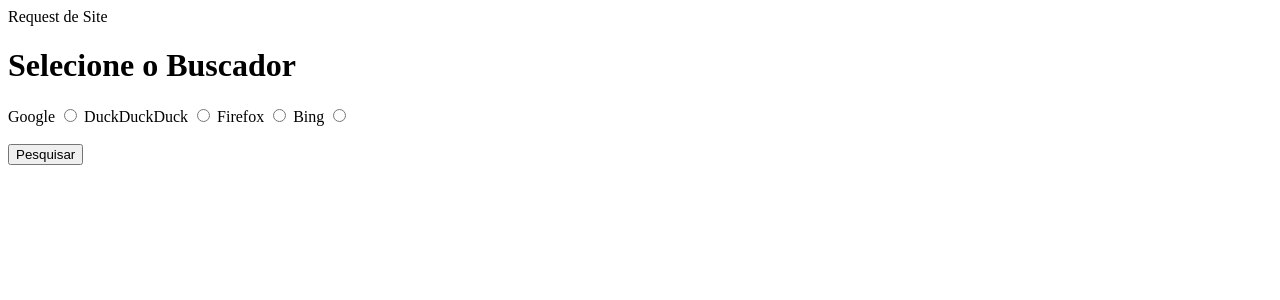
Repository: Erika-Santana/dsw_repository
Page: http://localhost/requestApp/
The author's editor kept a copy of each file at every save. The page is drawn from the files as they stood at one save, then again after the next save.
The browser window is 1280 px wide. The pictures show the whole page.
The page is served by Tomcat 9.

Above is the page before, as saved 2024-10-17 12:02:31.

### requestApp/src/main/webapp/index.jsp
<%@ page language="java" contentType="text/html; charset=UTF-8"
    pageEncoding="UTF-8"%>
<!DOCTYPE html>
<html>
<head>
<meta charset="UTF-8">Request de Site</title>
</head>
<body>
	<div class="search-container">
		<h1>Selecione o Buscador</h1>
		<form action="search.jsp" method="post">
			<div class="opcoes-container">
			<label>Google</label>
			<input type="radio" id="google-radio" name="google-radio">
			<label>DuckDuckDuck</label>
			<input type="radio" id="duck-radio" name="duck-radio">
			<label>Firefox</label>
			<input type="radio" id="firefox-radio" name="firefox-radio">
			<label>Bing</label>
			<input type="radio" id="bing-radio" name="bing-radio">
			</div>
			<br>
			<input type="submit" value="Pesquisar">
		</form>
	</div>
</body>
</html>

After the next save:
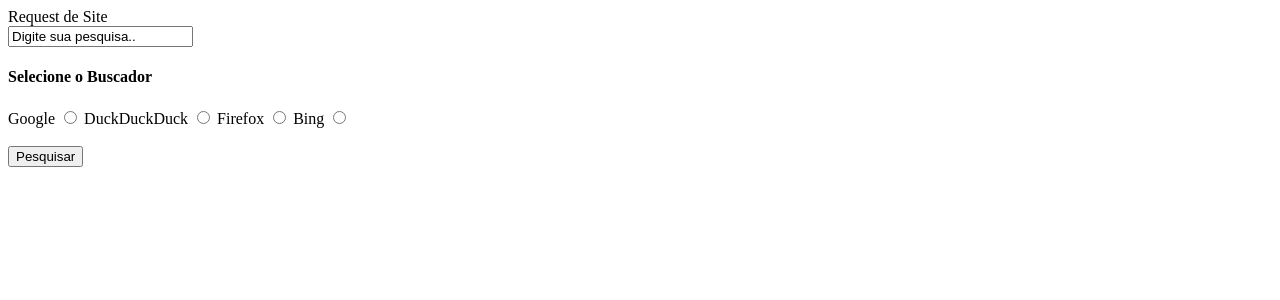
Saved 5 min 2 s later.
--- a/requestApp/src/main/webapp/index.jsp
+++ b/requestApp/src/main/webapp/index.jsp
@@ -7,7 +7,8 @@
 </head>
 <body>
 	<div class="search-container">
-		<h1>Selecione o Buscador</h1>
+		<input type="text" id="text-search" name="text-search" value="Digite sua pesquisa..">
+		<h4>Selecione o Buscador</h1>
 		<form action="search.jsp" method="post">
 			<div class="opcoes-container">
 			<label>Google</label>
